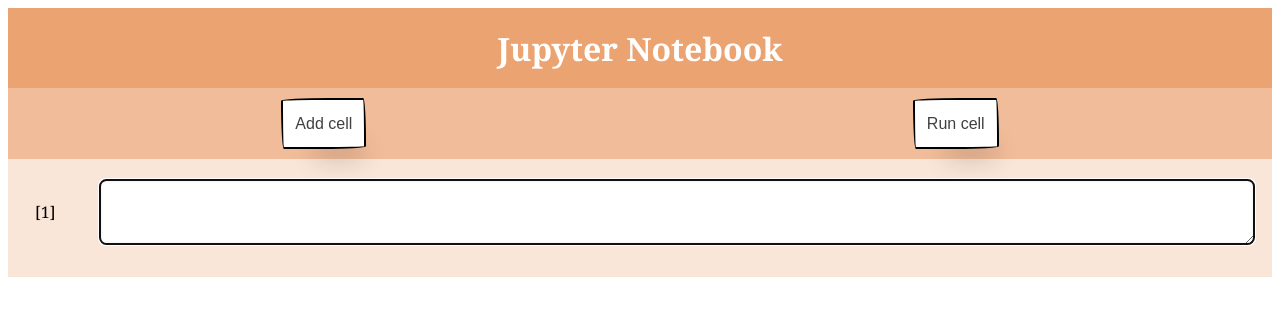
Repository: lingzi-liu/jupyter_notebook_prototype
Page: http://localhost/
These files come from the project's save history. The page is drawn as it stood at one moment and after the next save; the edit follows.
The browser window is 1280 px wide. The pictures show the whole page.
The first visible `#cell-list .cell textarea` has the focus.
The page is served by the project's application, run on Flask 3 (app.py).

Above is the page before, as saved 2022-11-13 04:00:21.

After the next save:
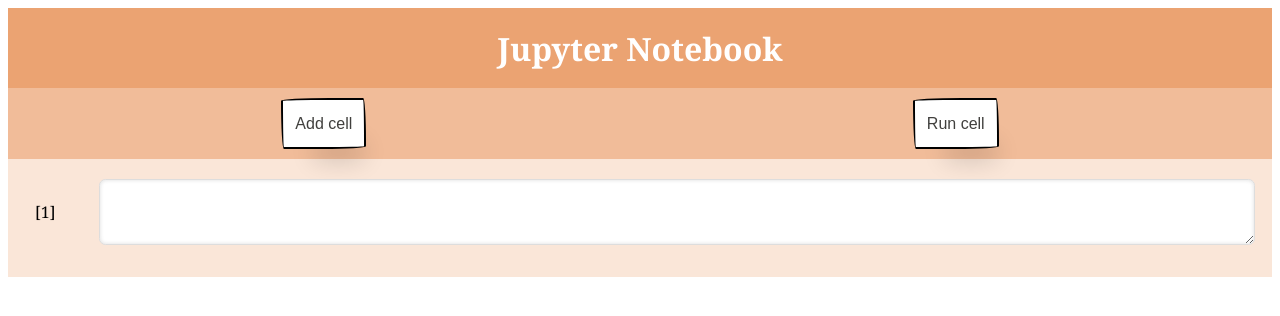
Saved 13 min 54 s later.
--- a/static/styles/style.css
+++ b/static/styles/style.css
@@ -85,6 +85,12 @@
   width: 90%;
 }
 
+#cell-list .cell textarea:focus {
+  outline: none;
+  border: 1px solid darken(#ddd, 5%);
+  box-shadow: inset 0 0 0.5rem darken(#ddd, 5%);
+}
+
 #cell-list .cell h4 {
   display: inline-block;
   margin: 0;
